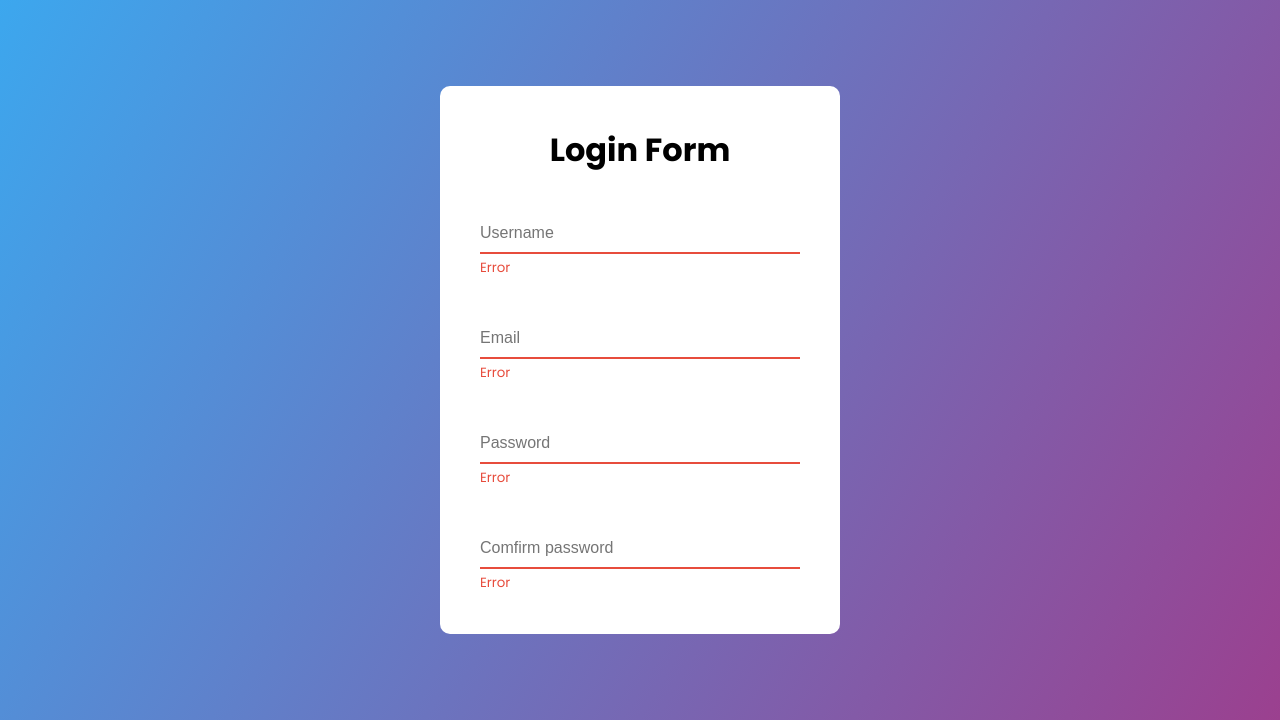
Repository: QUANGTHAI2003/Form-Validation
Page: index.html
The author's editor kept a copy of each file at every save. The page is drawn from the files as they stood at one save, then again after the next save.
The browser window is 1280 px wide. The pictures show the whole page.

Above is the page before, as saved 2022-03-13 14:19:13.

After the next save:
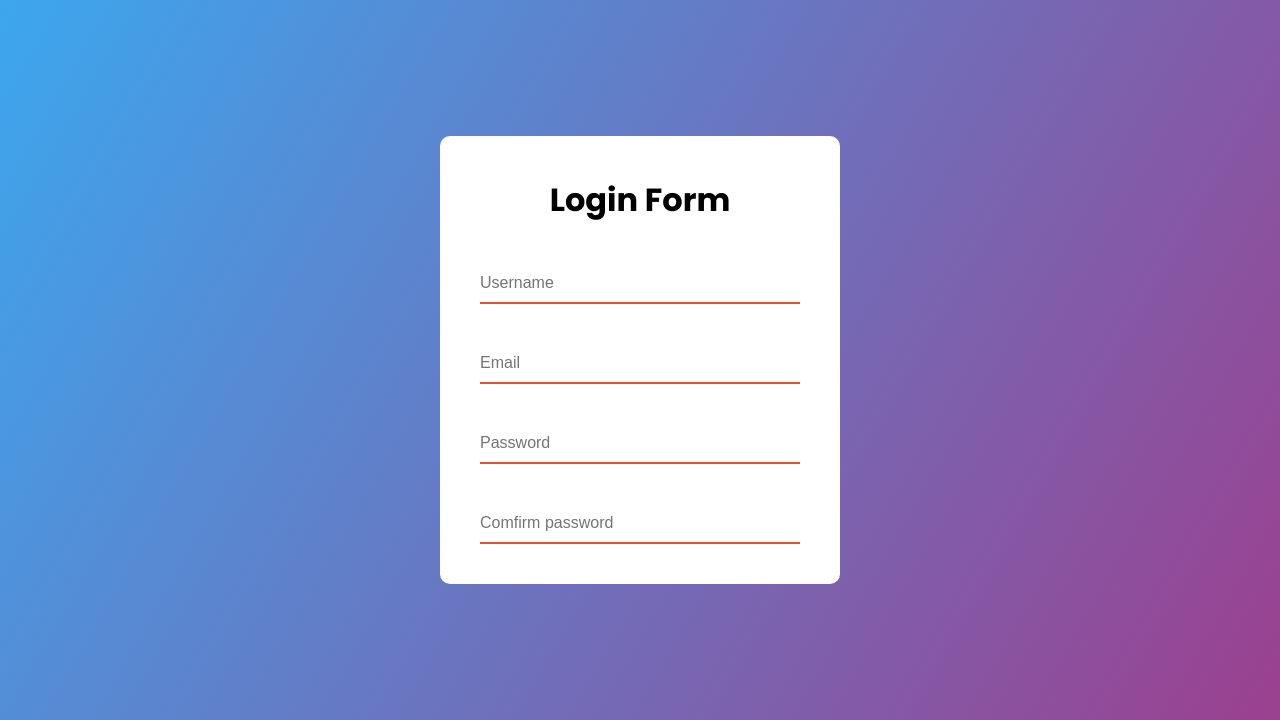
Saved 20 s later.
--- a/index.html
+++ b/index.html
@@ -12,22 +12,22 @@
             <h1>Login Form</h1>
             <div class="form-control error">
                 <input type="text" placeholder="Username" />
-                <small>Error</small>
+                <small></small>
                 <span></span>
             </div>
             <div class="form-control error">
                 <input type="text" placeholder="Email" />
-                <small>Error</small>
+                <small></small>
                 <span></span>
             </div>
             <div class="form-control error">
                 <input type="text" placeholder="Password" />
-                <small>Error</small>
+                <small></small>
                 <span></span>
             </div>
             <div class="form-control error">
                 <input type="text" placeholder="Comfirm password" />
-                <small>Error</small>
+                <small></small>
                 <span></span>
             </div>
         </div>
